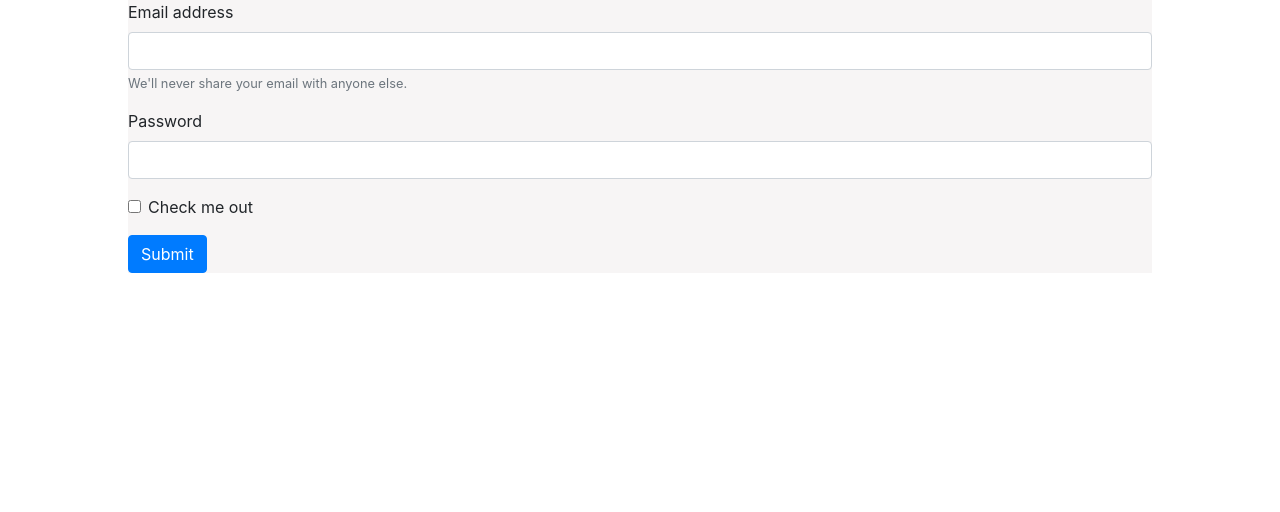
Repository: rnjsmj/homework
Page: http://localhost/homework/WEB-INF/views/member/login.jsp
The author's editor kept a copy of each file at every save. The page is drawn from the files as they stood at one save, then again after the next save.
The browser window is 1280 px wide. The pictures show the whole page.
The page is served by Tomcat 9. Nobody is signed in. The template is opened directly, without the code that normally fills it, so the values that code supplies are empty.

Above is the page before, as saved 2024-06-22 19:58:08.

After the next save:
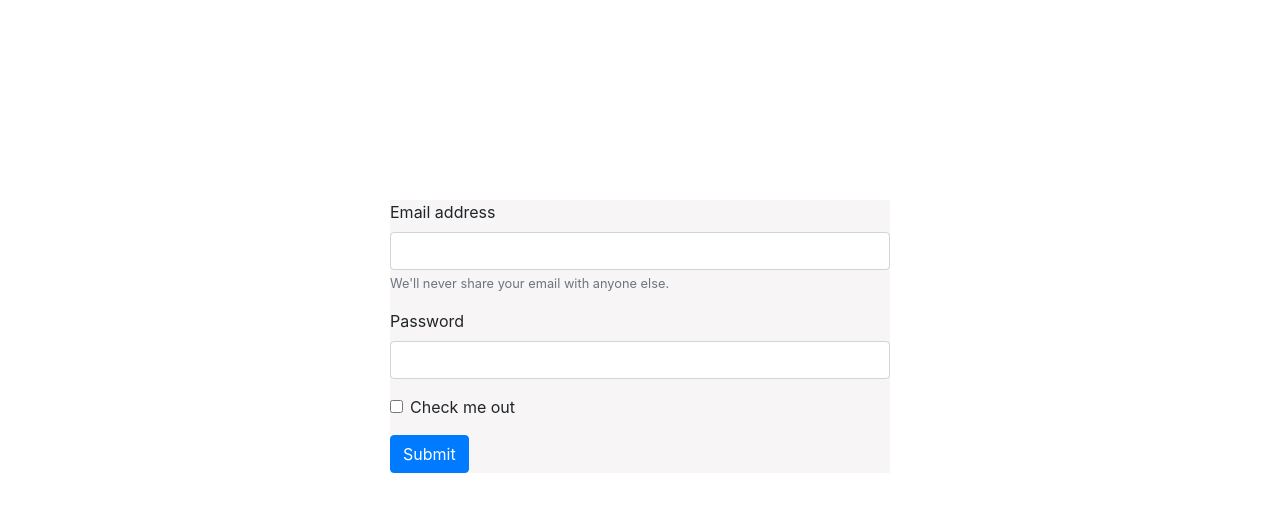
Saved 2 min 19 s later.
--- a/homework/src/main/webapp/WEB-INF/views/member/login.jsp
+++ b/homework/src/main/webapp/WEB-INF/views/member/login.jsp
@@ -14,10 +14,17 @@
 	div {box-sizing:border-box;}
 
 	#content {
-            background-color:rgb(247, 245, 245);
             width:80%;
             margin:auto;
+            margin-top:200px;
         }
+
+    #loginForm {
+    	 background-color:rgb(247, 245, 245);
+    	 width:500px;
+    	 margin: auto;
+
+    }
 
 </style>
 </head>
